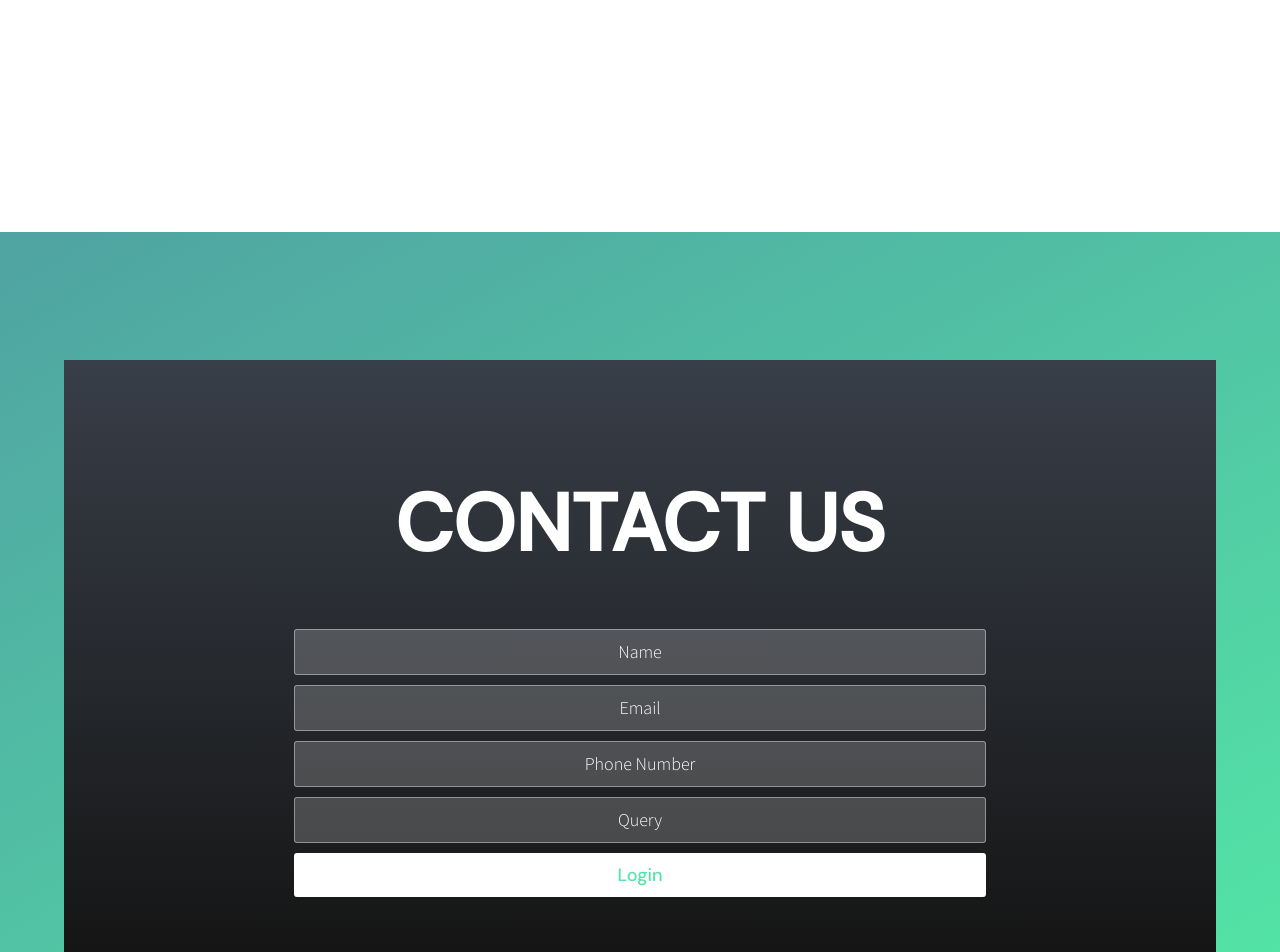
Repository: Jrap-bit/PeriodofSharing
Page: index.html
An editor plug-in stored every save of this project. The page is shown before and after the next save, followed by the edit.
The browser window is 1280 px wide. The pictures show the part of the page from y = 1325 to 2277 px (the page is 2277 px tall).

Above is the page before, as saved 2022-01-16 01:21:27.

After the next save:
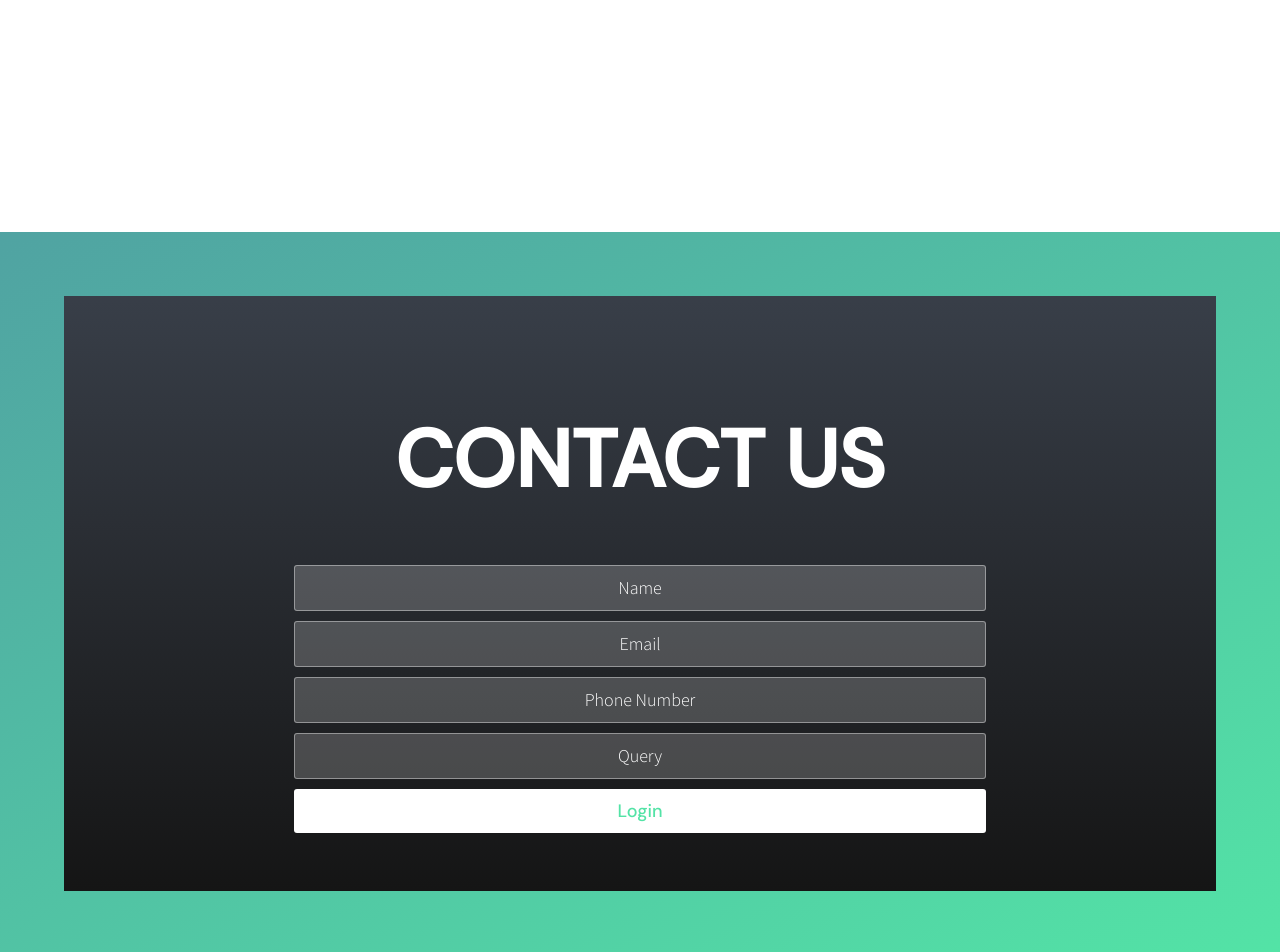
Saved 22 s later.
--- a/style.css
+++ b/style.css
@@ -56,7 +56,7 @@ body :-ms-input-placeholder {
 }
 .container {
     max-width: 90%;
-    margin: 10% auto;
+    margin: 5% auto;
     padding: 0px 0;
     height: 50%;
     text-align: center;
